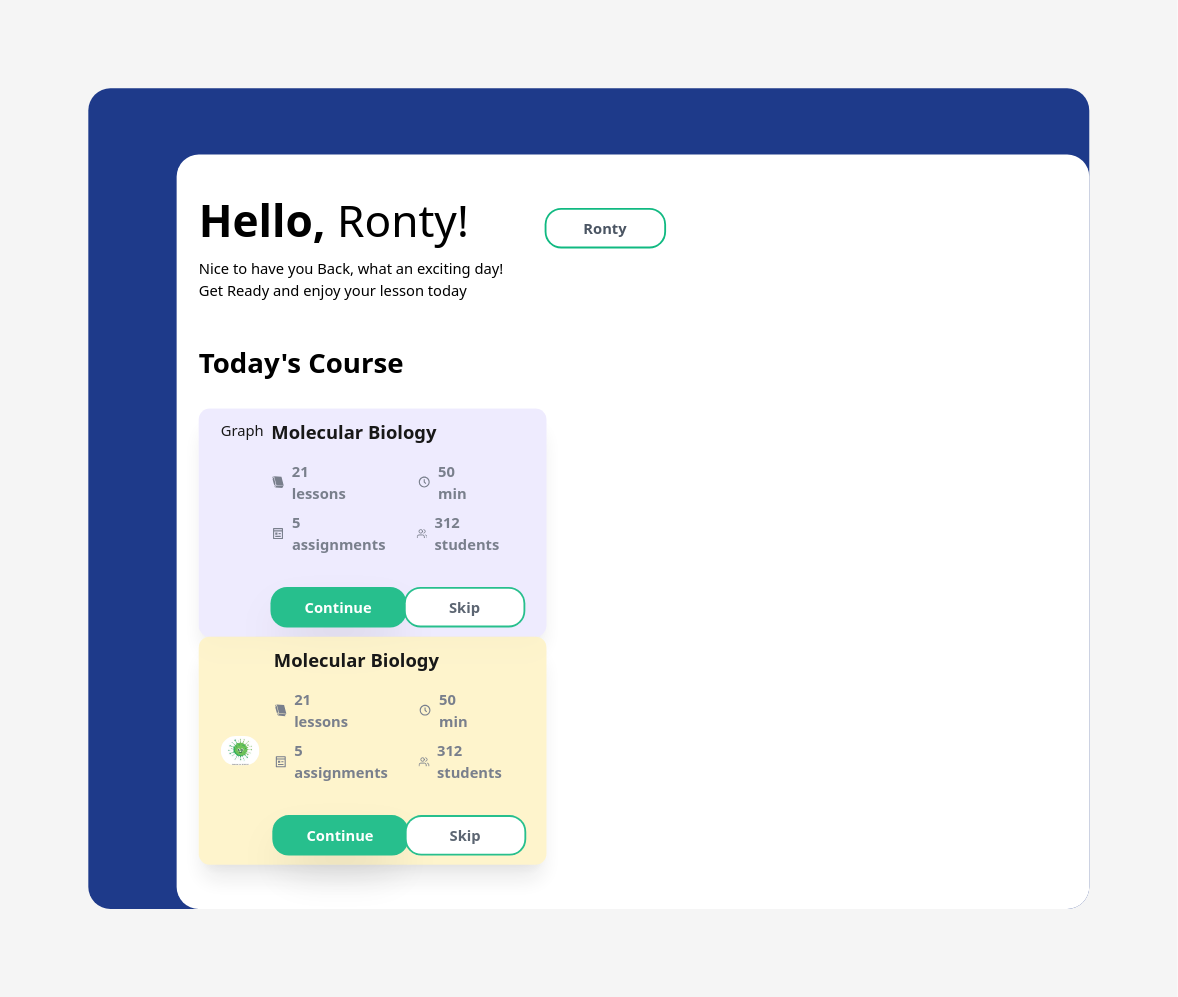
Repository: coolronts/Vite-Tailwind
Page: /
The author's editor kept a copy of each file at every save. The page is drawn from the files as they stood at one save, then again after the next save.
The browser window is 1280 px wide. The pictures show the whole page, at 92% of full size.
The project was rebuilt for these pictures with package versions that can differ from the ones it lists, and the page was loaded fresh each time. Also part of the build but not shown: vite.config.js.

Above is the page before, as saved 2021-11-26 13:58:08.

After the next save:
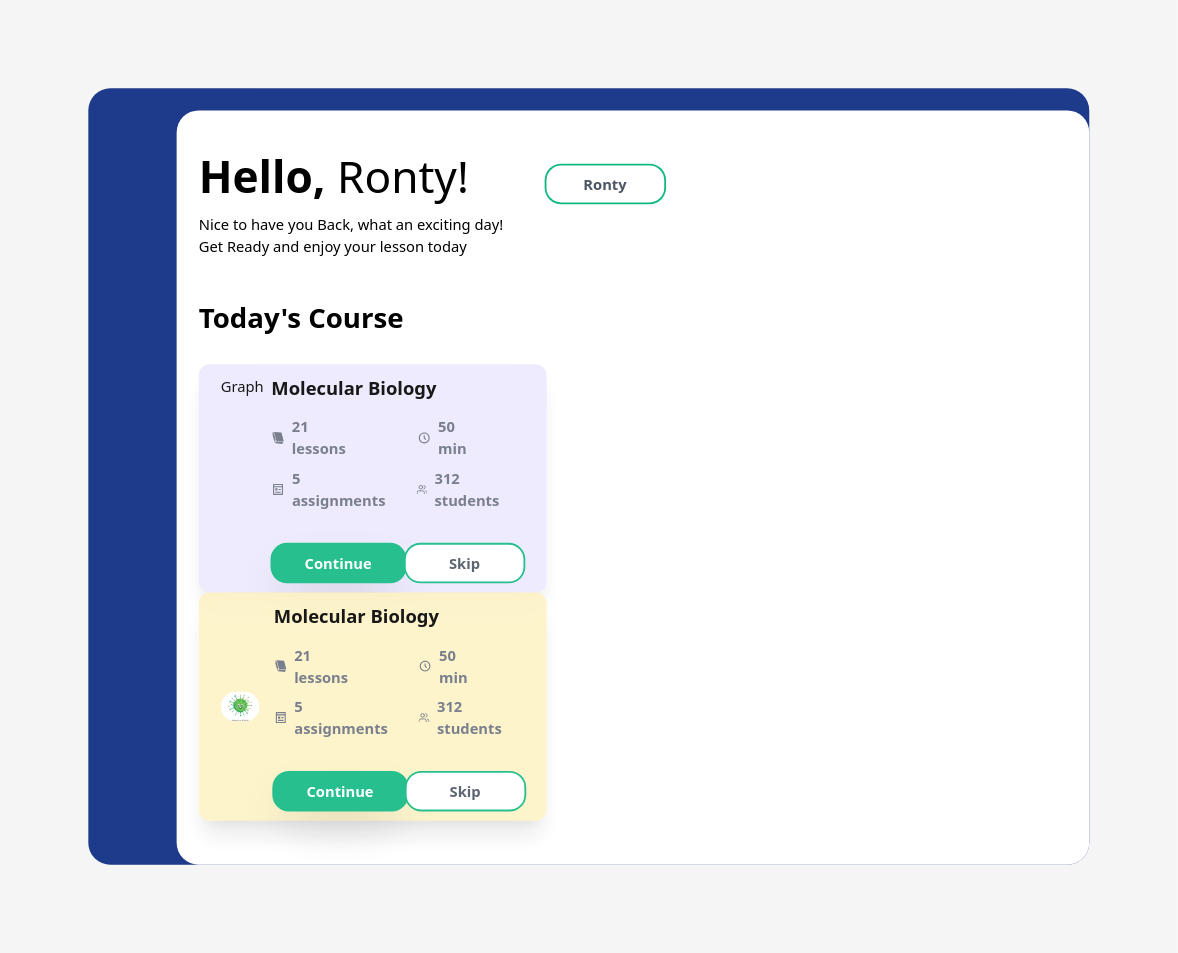
Saved 11 s later.
--- a/src/App.jsx
+++ b/src/App.jsx
@@ -13,7 +13,7 @@ function App() {
 
     <div className="App ">
       <div className="pt-6 pl-24 bg-blue-900 m-24 rounded-3xl">
-      <div className="bg-white my-12 rounded-3xl px-6 py-12">
+      <div className="bg-white rounded-3xl px-6 py-12">
       <SplitScreen leftWeight = 'w-2/5'>
         <div id="left">
           <Intro/>
